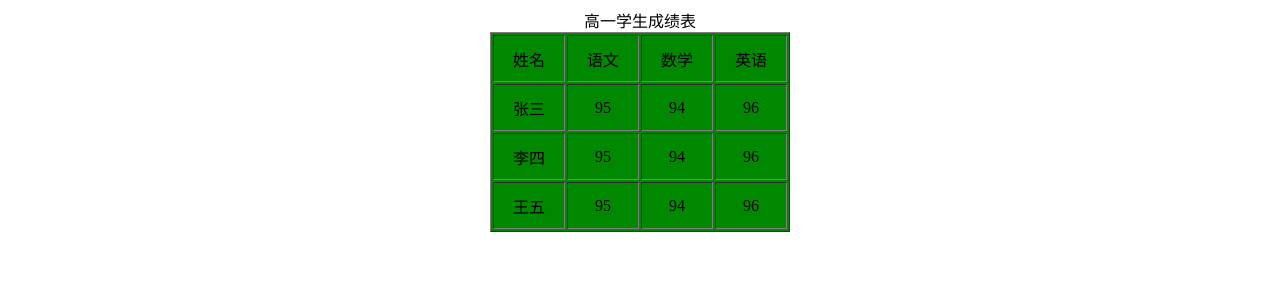
Repository: sheep9590/Test
Page: eclipse-workspace/Prj03/WebRoot/File1.html
An editor plug-in stored every save of this project. The page is shown before and after the next save, followed by the edit.
The browser window is 1280 px wide. The pictures show the whole page.

Above is the page before, as saved 2021-09-08 13:58:28.

### eclipse-workspace/Prj03/WebRoot/File1.html
<!DOCTYPE html>
<html>
<body>
<table  align="center"bgcolor="#008800" width="300" height="200" border="1">
      <caption>高一学生成绩表</caption>
    <tr align="center">
       <td>姓名</td><td>语文</td>
       <td align="center">数学</td><td align="center">英语</td>
    </tr>
    <tr>
       <td align="center">张三</td><td align="center">95</td>
       <td align="center">94</td><td align="center">96</td>
    </tr>
    <tr>
        <td align="center">李四</td><td align="center">95</td>
        <td align="center">94</td><td align="center">96</td>
    </tr>
    <tr>
       <td align="center">王五</td><td align="center">95</td>
       <td align="center">94</td><td align="center">96</td>
    </tr>
</table>
</body>
</html>

After the next save:
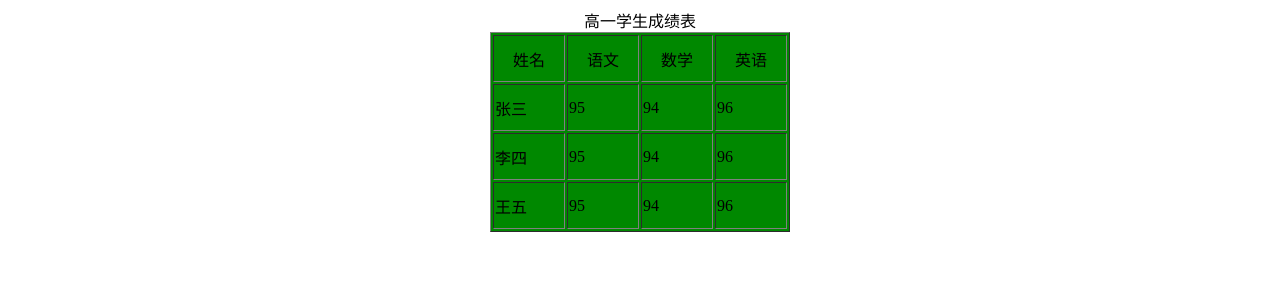
Saved 57 s later.
--- a/eclipse-workspace/Prj03/WebRoot/File1.html
+++ b/eclipse-workspace/Prj03/WebRoot/File1.html
@@ -5,19 +5,19 @@
       <caption>高一学生成绩表</caption>
     <tr align="center">
        <td>姓名</td><td>语文</td>
-       <td align="center">数学</td><td align="center">英语</td>
+       <td>数学</td><td>英语</td>
     </tr>
     <tr>
-       <td align="center">张三</td><td align="center">95</td>
-       <td align="center">94</td><td align="center">96</td>
+       <td>张三</td><td>95</td>
+       <td>94</td><td>96</td>
     </tr>
     <tr>
-        <td align="center">李四</td><td align="center">95</td>
-        <td align="center">94</td><td align="center">96</td>
+        <td>李四</td><td>95</td>
+        <td>94</td><td>96</td>
     </tr>
     <tr>
-       <td align="center">王五</td><td align="center">95</td>
-       <td align="center">94</td><td align="center">96</td>
+       <td>王五</td><td>95</td>
+       <td>94</td><td>96</td>
     </tr>
 </table>
 </body>

After the save that followed:
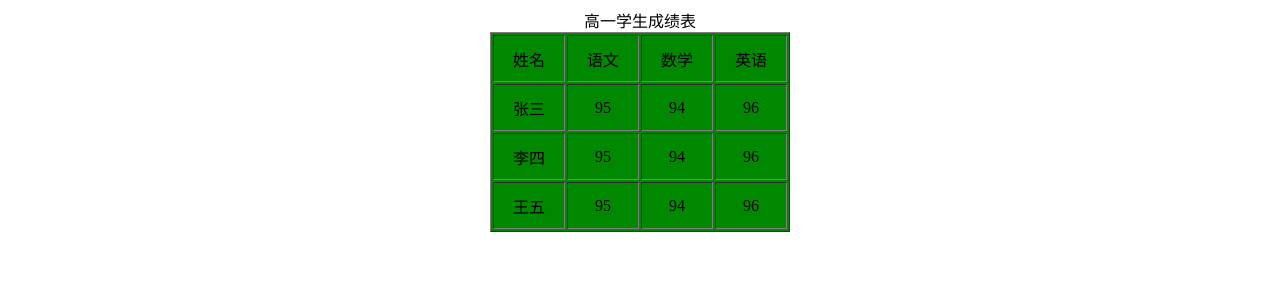
Saved 31 s later.
--- a/eclipse-workspace/Prj03/WebRoot/File1.html
+++ b/eclipse-workspace/Prj03/WebRoot/File1.html
@@ -7,15 +7,15 @@
        <td>姓名</td><td>语文</td>
        <td>数学</td><td>英语</td>
     </tr>
-    <tr>
+    <tr align="center">
        <td>张三</td><td>95</td>
        <td>94</td><td>96</td>
     </tr>
-    <tr>
+    <tr align="center">
         <td>李四</td><td>95</td>
         <td>94</td><td>96</td>
     </tr>
-    <tr>
+    <tr align="center">
        <td>王五</td><td>95</td>
        <td>94</td><td>96</td>
     </tr>
